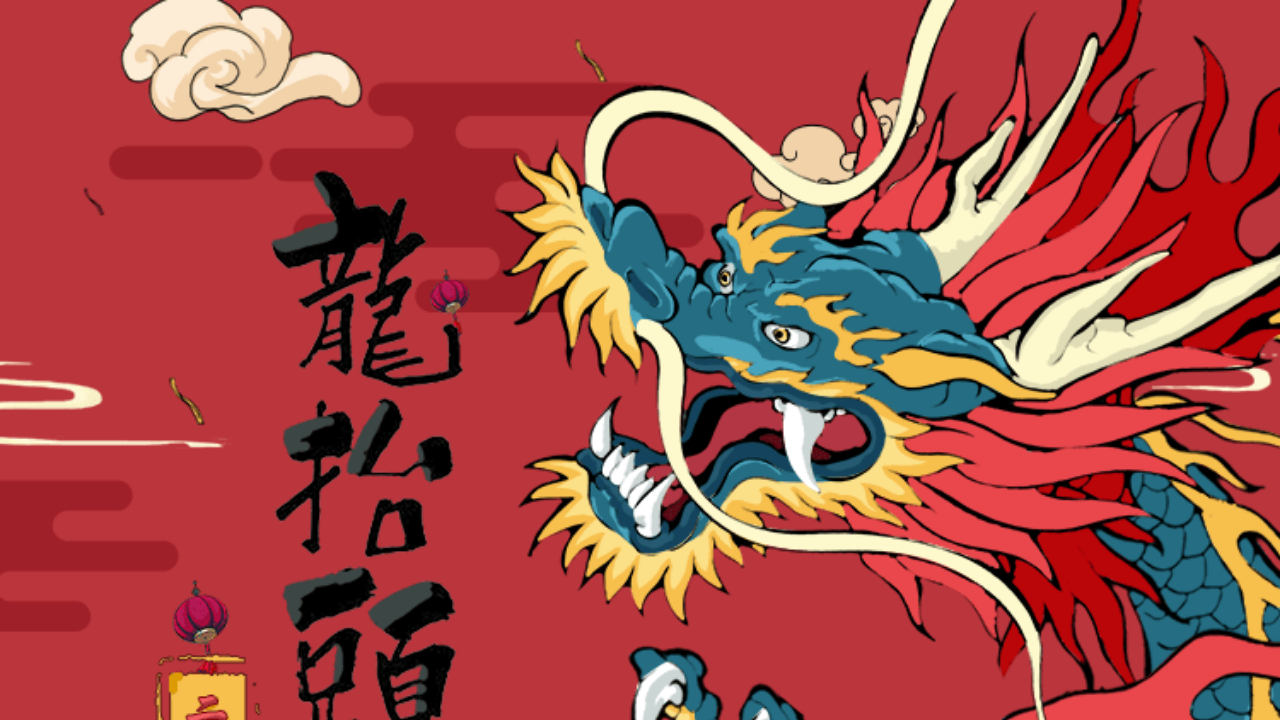
Repository: wangbiaozy/long
Page: friend.html
An editor plug-in stored every save of this project. The page is shown before and after the next save, followed by the edit.
The browser window is 1280 px wide. The pictures show the whole page.

Above is the page before, as saved 2019-02-26 11:07:42.
Console error: TypeError: Cannot read properties of undefined (reading 'style')

### friend.html
<!DOCTYPE html>
<html lang="en">

<head>
    <meta charset="UTF-8">
    <meta name="viewport" content="width=device-width, initial-scale=1.0, maximum-scale=1.0, minimum-scale=1.0, user-scalable=no, viewport-fit=cover">
    <meta http-equiv="X-UA-Compatible" content="ie=edge">
    <title>北京移动</title>
    <link rel="stylesheet" href="css/reset.min.css">
    <link rel="stylesheet/less" href="css/styles.less">
    <script src="js/less-1.7.0.min.js"></script>
    <script src="js/jquery-1.10.1.min.js"></script>
    <script src="js/imgLoader.js"></script>
    <script>
        imgLoader([
            'images/banner.png',
            'images/bdsjh.png',
            'images/bg_01.png',
            'images/bg_02.png',
            'images/btn_cj.png',
            'images/btn_cjhd.png',
            'images/btn_dhff.png',
            'images/btn_dl.png',
            'images/btn_fshy.png',
            'images/btn_lj.png',
            'images/btn_qd.png',
            'images/btn_qdl.png',
            'images/btn_qr.png',
            'images/btn_qx.png',
            'images/btn_xg.png',
            'images/btn_zz.png',
            'images/c1.png',
            'images/c2.png',
            'images/c3.png',
            'images/c4.png',
            'images/c5.png',
            'images/card_1.png',
            'images/card_2.png',
            'images/card_3.png',
            'images/card_4.png',
            'images/card_5.png',
            'images/card.png',
            'images/close.png',
            'images/default.jpg',
            'images/erweima.png',
            'images/fire.gif',
            'images/fri_bg_01.png',
            'images/fri_bg_02.png',
            'images/fri_bg_03.png',
            'images/gongxi.png',
            'images/guang1.png',
            'images/guang2.png',
            'images/hdgz.png',
            'images/home_bg_01.png',
            'images/home_bg_02.png',
            'images/home_bg_03.png',
            'images/hyzl.png',
            'images/longjiao.png',
            'images/longshen.png',
            'images/longtou.png',
            'images/longwei.png',
            'images/longzhu.png',
            'images/longzhua.png',
            'images/rule_btn.png',
            'images/share.png',
            'images/sjhm.png',
            'images/start_btn.png',
            'images/submit.png',
            'images/tc_1_text.png',
            'images/tc_bg.png',
            'images/tc_card.png',
            'images/tc_title_1.png',
            'images/tc_title_2.png',
            'images/tc_title_3.png',
            'images/xxqr.png',
            'images/yun_1.png',
            'images/yun_2.png',
            'images/yun_3.png',
            'images/yun.png',
            'images/yzm.png'
        ], function (percentage) {
            var percentT = percentage * 100;
            $('.loader_info').html('Loading ' + (parseInt(percentT)) + '%');
            $('.loader_progress')[0].style.width = percentT + '%';
            if (percentage == 1) {
                $('.loader').remove();
                $('.fri-home').show();
            }
        });
    </script>
</head>
<body>
    <!--loading-->
    <section class="loader disable">
        <div>
            <!-- <img src="./images/girl.gif" alt=""> -->
        </div>
        <div class="loader_info"></div>
        <div>
            <div class="loader_progress"></div>
        </div>
    </section>
    <!-- 首页 -->
    <section class="fri-home disable">
        <div></div>
        <div>
            <div>
                <div>
                    <p>您的好友<span class="user-name">名字名字名字名字名字名字</span></p>
                    <p>正在参加龙抬头 好运来活动</p>
                    <p>邀请您帮TA点亮好运龙</p>
                    <p>当龙全部点亮后，可以抽取5.5GB哦～</p>
                    <p>快来帮忙吧！</p>
                </div>
            </div>
        </div>
        <div>
            <a id="friendStartBtn" href="javascript:void(0)"></a>
        </div>
    </section>
    <!-- 好友页点亮弹窗 -->
    <section class="model tc-fri disable">
        <div>
            <div>
                <p>成功为好友<span class="user-name">名字名字名字名字名字名字</span></p>
                <p>点亮了好运龙的<span class="friendPartText"></span></p>
                <p>听说身边小伙伴都在玩</p>
                <p>首次点亮就能获得好运福包</p>
                <p>快去看看吧！</p>
                <div>
                    <div>
                        <img class="friendPartPic" src="./images/card_2.png" alt="">
                    </div>
                </div>
            </div>
        </div>
        <a href="./index.html"></a>
    </section>
    <!-- 关注公众号页 -->
    <section class="attention">
        <div></div>
        <div></div>
        <div>
            <div>
                <p>亲爱的用户</p>
                <p>二月二龙抬头活动</p>
                <p>联通、电信的小伙伴统统可以参加啦！</p>
                <p>扫码关注微信参加活动</p>
            </div>
            <div>
                <div>
                    <img src="./images/erweima.png" alt="二维码">
                </div>
            </div>
            <p>长按图片<i></i>识别图中二维码<i></i>关注公众号</p>
        </div>
    </section>
    <!-- 遮罩层 -->
    <section class="mask disable" id="mask"></section>
</body>
</html>
<script src="js/index.js"></script>

### css/reset.min.css
@charset "utf-8";
/*默认样式清除和初始化*/
body,h1,h2,h3,h4,h5,h6,hr,p,blockquote,dl,dt,dd,ul,ol,li,button,input,textarea,th,td{margin:0;padding:0}body{font-size:12px;font-style:normal;font-family:"\5FAE\8F6F\96C5\9ED1",Helvetica,sans-serif}small{font-size:12px}h1{font-size:18px}h2{font-size:16px}h3{font-size:14px}h4,h5,h6{font-size:100%}ul,ol{list-style:none}a{text-decoration:none;background-color:transparent}a:hover,a:active{outline-width:0;text-decoration:none}table{border-collapse:collapse;border-spacing:0}hr{border:0;height:1px}img{border-style:none}img:not([src]){display:none}svg:not(:root){overflow:hidden}html{-webkit-touch-callout:none;-webkit-text-size-adjust:100%}input,textarea,button,a{-webkit-tap-highlight-color:rgba(0,0,0,0)}article,aside,details,figcaption,figure,footer,header,main,menu,nav,section,summary{display:block}audio,canvas,progress,video{display:inline-block}audio:not([controls]),video:not([controls]){display:none;height:0}progress{vertical-align:baseline}mark{background-color:#ff0;color:#000}sub,sup{position:relative;font-size:75%;line-height:0;vertical-align:baseline}sub{bottom:-0.25em}sup{top:-0.5em}button,input,select,textarea{font-size:100%;outline:0}button,input{overflow:visible}button,select{text-transform:none}textarea{overflow:auto}button,html [type="button"],[type="reset"],[type="submit"]{-webkit-appearance:button}button::-moz-focus-inner,[type="button"]::-moz-focus-inner,[type="reset"]::-moz-focus-inner,[type="submit"]::-moz-focus-inner{border-style:none;padding:0}button:-moz-focusring,[type="button"]:-moz-focusring,[type="reset"]:-moz-focusring,[type="submit"]:-moz-focusring{outline:1px dotted ButtonText}[type="checkbox"],[type="radio"]{box-sizing:border-box;padding:0}[type="number"]::-webkit-inner-spin-button,[type="number"]::-webkit-outer-spin-button{height:auto}[type="search"]{-webkit-appearance:textfield;outline-offset:-2px}[type="search"]::-webkit-search-cancel-button,[type="search"]::-webkit-search-decoration{-webkit-appearance:none}::-webkit-input-placeholder{color:inherit;opacity:.54}::-webkit-file-upload-button{-webkit-appearance:button;font:inherit}.clear:after{display:block;height:0;content:"";clear:both}
*{ -webkit-tap-highlight-color: rgba(0,0,0,0);-webkit-tap-highlight-color: transparent; /* For some Androids */ }

### js/imgLoader.js
/**
 * Created by wangbiaozy on 2017/12/11.
 */
(function () {
    function isArray(obj) {
        return Object.prototype.toString.call(obj) === '[object Array]';
    }

    /**
     * @param imgList 要加载的图片地址列表，['aa/asd.png','aa/xxx.png']
     * @param callback 每成功加载一个图片之后的回调，并传入“已加载的图片总数/要加载的图片总数”表示进度
     * @param timeout 每个图片加载的超时时间，默认为5s
     */
    var loader = function (imgList, callback, timeout) {
        timeout = timeout || 5000;
        imgList = isArray(imgList) && imgList || [];
        callback = typeof(callback) === 'function' && callback;

        var total = imgList.length,
            loaded = 0,
            imgages = [],
            _on = function () {
                loaded < total && (++loaded, callback && callback(loaded / total));
            };

        if (!total) {
            return callback && callback(1);
        }

        for (var i = 0; i < total; i++) {
            imgages[i] = new Image();
            imgages[i].onload = imgages[i].onerror = _on;
            imgages[i].src = imgList[i];
        }

        /**
         * 如果timeout * total时间范围内，仍有图片未加载出来（判断条件是loaded < total），通知外部环境所有图片均已加载
         * 目的是避免用户等待时间过长
         */
        setTimeout(function () {
            loaded < total && (loaded = total, callback && callback(loaded / total));
        }, timeout * total);

    };

    "function" === typeof define && define.cmd ? define(function () {
        return loader
    }) : window.imgLoader = loader;
})();

### js/index.js
(function (doc, win) {
    var docEl = doc.documentElement,
        resizeEvt = 'orientationchange' in window ? 'orientationchange' : 'resize',
        recalc = function () {
            var clientWidth = docEl.clientWidth;
            if (!clientWidth) return;
            docEl.style.fontSize = 100 * (clientWidth / 750) + 'px';
        };
    if (!doc.addEventListener) return;
    win.addEventListener(resizeEvt, recalc, false);
    doc.addEventListener('DOMContentLoaded', recalc, false);
})(document, window);
$(function(){
    //是否关注公众号
    var attention = true;
    //是否是注册用户
    var register = true;
    //是否是本网用户 默认本网用户
    var CM = true;
    //好运龙5个部位是否全部点亮
    var finish = false;
    //好友随机获取的部位
    var friendPart = parseInt(Math.random(0,1)*(5-0)) + 0;
    //图片路径
    var imgPath = '../images';

    //点击活动规则按钮
    var ruleFlag;
    $('.rule-btn').on('click',function(){
        $('.rule').show().siblings().hide();
        if($(this).parent().parent().attr('id') === 'home'){
            ruleFlag = 0;
        }else{
            ruleFlag = 1;
        }
    });
    //活动规则页确定按钮
    $('#rule-back').on('click',function(){
        $('.rule').hide();
        if(!ruleFlag){
            $('.home').show();
        }else{
            $('.main').show();
        }
    });

    //首页开始按钮
    $('#start').on('click',function(){
        if(attention){
            showMask();
            $('.tc-11').show();
        }else{
            $('.home').hide();
            $('.attention').show();
        }
    });
    //引导弹窗清楚了按钮
    $('#knowBtn').on('click',function(){
        $('.home').hide();
        $('.main').show();
        $('.tc-11').hide();
        $('.tc-1').show();
    });

    //选择部位
    var partNum, // 0 头 1 角 2 身 3 爪 4 尾
        partChecked = false;
    $('#partList').on('click','li',function(){
        var $this = $(this);
        $this.addClass('act').siblings().removeClass('act');
        partNum = $this.index();
        partChecked = true;
    });
    //选择部位弹窗确定按钮
    $('#firstModelBtn').on('click', function () {
        if (partChecked) {
            $('.tc-1').hide();
            if (register) {
                var _part = '';
                switch (partNum) {
                    case 0:
                        $('.part').text('龙头');
                        _part = '龙头';
                        $('#dragon').children('li:nth-child(1)').addClass('act');
                        break;
                    case 1:
                        $('.part').text('龙角');
                        _part = '龙角';
                        $('#dragon').children('li:nth-child(2)').addClass('act');
                        break;
                    case 2:
                        $('.part').text('龙身');
                        _part = '龙身';
                        $('#dragon').children('li:nth-child(3)').addClass('act');
                        break;
                    case 3:
                        $('.part').text('龙爪');
                        _part = '龙爪';
                        $('#dragon').children('li:nth-child(4)').addClass('act');
                        break;
                    case 4:
                        $('.part').text('龙尾');
                        _part = '龙尾';
                        $('#dragon').children('li:nth-child(5)').addClass('act');
                        break;
                }
                $('#ownPartBox>a').before('<p>我点亮了'+_part+'</p>');
                if(CM){//同网
                    $('.tc-3').show();
                }else{//异网
                    $('.tc-10').show();
                }
            } else {
                hideMask();
                $('.main').hide();
                $('.telephone').show();
            }
        }else{
            alert('请先选择一个部位点亮/n再点击领奖！');
        }
    });


    //点亮记录列表
    var friendUserInfo = [
        {
            friendName: '小胖子',
            friendPart: '龙头',
            date: '2月2日'
        },
        {
            friendName: '小胖子',
            friendPart: '龙头',
            date: '2月2日'
        },
        {
            friendName: '小胖子',
            friendPart: '龙头',
            date: '2月2日'
        }
    ];
    (function(){
        var str = '';
        for(var i = 0; i < friendUserInfo.length; i++){
            str += '<li><span>'+friendUserInfo[i].friendName+'</span><span>'+friendUserInfo[i].friendPart+'</span><span>'+friendUserInfo[i].date+'</span></li>';
        }
        $('#friendGiftList').html(str);
    })();



    //绑定手机号页提交按钮
    $('.submit').on('click',function(){
        $('.telephone').hide();
        $('.main').show();
        showMask();
        if(CM){//同网
            $('.tc-3').show();
        }else{//异网
            $('.tc-10').show();
        }
    });

    //第一次获得奖励弹窗关闭&确定按钮  点亮一个部位
    $('.firstLight').on('click',function(){
        $('.tc-3').hide();
        hideMask();
    });

    //主页点击抽奖按钮
    $('#game-btn').on('click',function(){
        if(finish){
            $('.tc-0').show();
            showMask();
            window.setTimeout(function(){
                $('.fire').show();
            },1000);
        }else{
            $('.tc-4').show();
            showMask();
        }
    });

    //点击主页查看按钮显示第一次得到奖励弹窗
    $('#look').on('click',function(){
        $('.tc-3').show();
        showMask();
    });

    //发送好友按钮
    $('.toFriendBtn').on('click',function(){
        $('.tc-4').hide();
        hideMask();
        $('.share').show();
        $('.main').css('position','fixed');
    });
    //点击分享浮层
    $('.share').on('click',function(){
        $('.share').hide();
        $('.main').css('position','relative');
    });

    //全部点亮弹窗领奖按钮
    $('#getBtn').on('click',function(){
        $('.tc-0').hide();
        $('.fire').hide();
        if(CM){
            $('.tc-5').show();
        }else{
            $('.tc-6').show();
        }
    });

    //异网弹窗获得流量后转赠按钮
    $('#giveBtn').on('click',function(){
        $('.tc-6').hide();
        $('.tc-7').show();
    });

    //异网弹窗输入转赠手机号后确定按钮
    $('#giveBtn_2').on('click',function(){
        if(istel($('#inputTel').val())){
            $('.tc-7').hide();
            $('.tc-8').show();
            $('.inputTel').text($('#inputTel').val());
        }else{
            alert('请输入正确北京移动手机号码');
        }
    });

    //异网弹窗信息确认修改按钮
    $('#revise').on('click',function(){
        $('.tc-8').hide();
        $('.tc-7').show();
    });
    //异网弹窗信息确认确认按钮
    $('#giveBtn_3').on('click',function(){
        $('.tc-8').hide();
        $('.tc-9').show();
    });





    //好友入口为TA点亮按钮
    $('#friendStartBtn').on('click',function(){
        if(attention){
            switch(friendPart){
                case 0:
                $('.friendPartText').text('龙头');
                break;
                case 1:
                $('.friendPartText').text('龙角');
                break;
                case 2:
                $('.friendPartText').text('龙身');
                break;
                case 3:
                $('.friendPartText').text('龙爪');
                break;
                case 4:
                $('.friendPartText').text('龙尾');
                break;
            }
            $('.friendPartPic').attr('src',imgPath + '/card_' + Number(friendPart+1) + '.png');
            $('.tc-fri').show();
            showMask();
        }else{
            $('.fri-home').hide();
            $('.attention').show();
        }
    });






    //复制兑换码
    (function () {
        try {
            var clipboard = new ClipboardJS('#copy-btn');
            clipboard.on('success', function (e) {
                $('#copy-btn').addClass('act').text('已复制');
                e.clearSelection();
            });
        }catch(e){}
    })();

    //兑换码弹窗点击查看兑换方法按钮
    $('#lookWayBtn').on('click',function(){
        $('.tc-10').hide();
        $('.main').hide();
        hideMask();
        $('.way').show();
    });
    //点击查看兑换码方法页确定按钮
    $('#way-back').on('click',function(){
        $('.way').hide();
        $('.tc-10').show();
        $('.main').show();
        showMask();
    });


    //全部点亮弹窗光动画
    function move(){
        $('#guang').addClass('act')
        var timer = window.setTimeout(function(){
            $('#guang').removeClass('act');
            window.clearTimeout(timer);
        },500);
    }
    window.setInterval(function(){
        move();
    },1000);


    //移动手机号码验证
    function istel(tel) {
        var rtn = false;
        //移动号段验证
        var regtel = /^((13[4-9])|(15([0-2]|[7-9]))|(18[2|3|4|7|8])|(178)|(147))[\d]{8}$/;
        if (regtel.test(tel)) {
            rtn = true;
        }
        return rtn;
    }

    //获取验证码
    function getCodeStyle(btnId) {
        var orderTime = 60,
            timeLeft = orderTime,
            btn = btnId;
        function timeCount(){
            timeLeft-=1;
            if (timeLeft>0){
                btn.val(timeLeft+"s重新获取");
                setTimeout(timeCount,1000);
                btn.css({
                    color: '#ccc'
                });
            }
            else {
                btn.val("发送验证码");
                btn.css({
                    color: '#000000'
                });
                timeLeft = orderTime;
                btn.removeAttr("disabled");
            }
        }
        btn.on('click', function () {
            $(this).attr("disabled",true);
            timeCount();
        });
    }
    getCodeStyle($('#codeBtn'));




    //关闭弹窗
    $('.close').on('click',function(){
        $(this).parent().hide();
        hideMask();
        if($('.tc-0').css('display') === 'none'){
            $('.fire').hide();
        }
    });
    //显示遮罩层
    function showMask(){
        $("#mask").css("height",$(document).height());
        $("#mask").css("width",$(document).width());
        $("#mask").show();
        $('body').css('position','fixed');
    }
    //隐藏遮罩层
    function hideMask(){
        $("#mask").hide();
        $('body').css('position','unset');
    }




    //测试按钮
    $('.test2').on('click',function(){
        attention = false;
    });
    $('.test3').on('click',function(){
        register = false;
    });
    $('.test4').on('click',function(){
        CM = false;
    });
    $('.test5').on('click',function(){
        finish = true;
        $('#dragon').find('li:not(:last-child)').each(function(index,ele){
            $(ele).addClass('act');
        });
    });



});

Loaded but not shown: js/less-1.7.0.min.js (library); js/jquery-1.10.1.min.js (library)

After the next save:
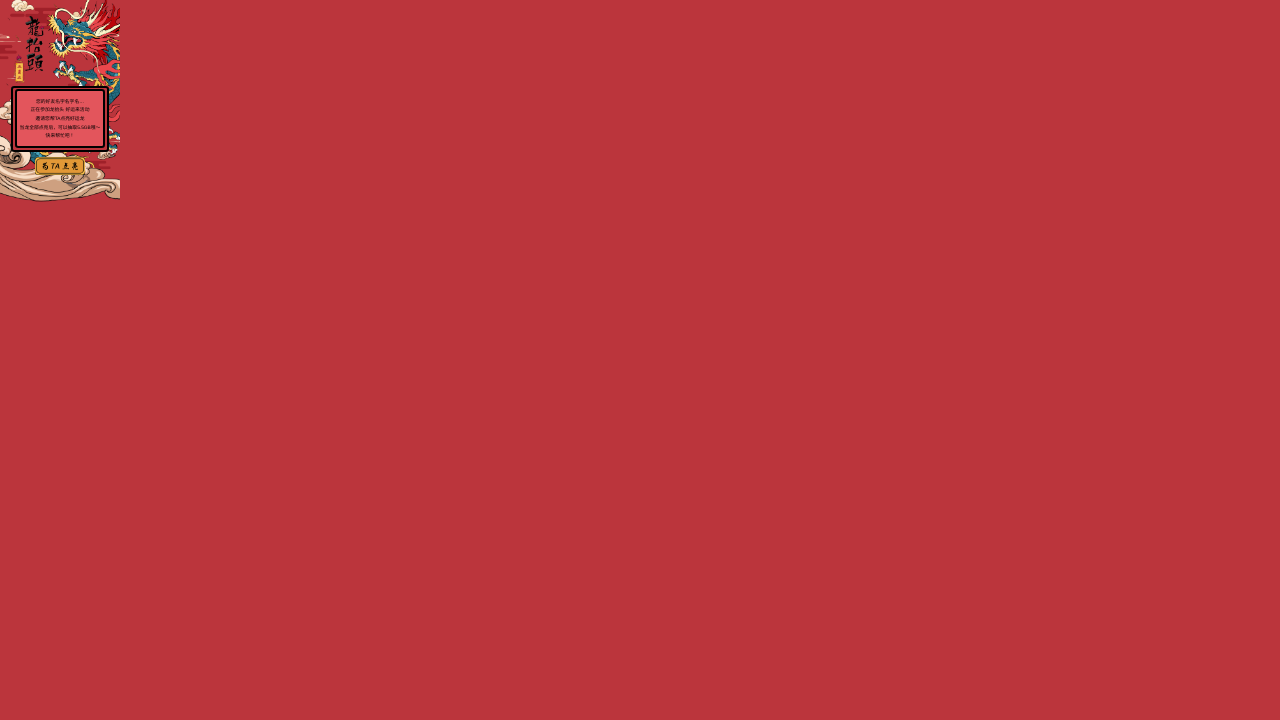
Saved 15 s later.
--- a/js/index.js
+++ b/js/index.js
@@ -116,7 +116,7 @@
                 $('.telephone').show();
             }
         }else{
-            alert('请先选择一个部位点亮/n再点击领奖！');
+            alert('请先选择一个部位点亮'+/n+'再点击领奖！');
         }
     });
 

After the save that followed:
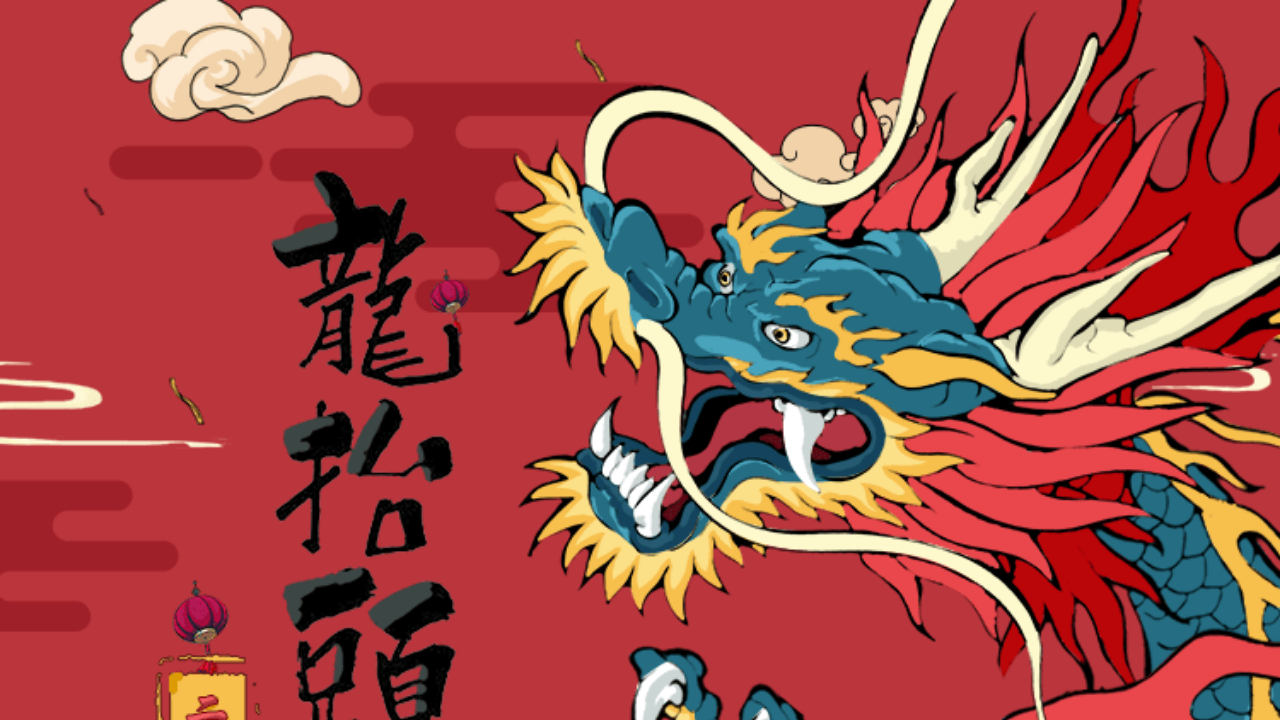
Saved 12 s later.
--- a/js/index.js
+++ b/js/index.js
@@ -116,7 +116,7 @@
                 $('.telephone').show();
             }
         }else{
-            alert('请先选择一个部位点亮'+/n+'再点击领奖！');
+            alert('请先选择一个部位点亮'+'/n'+'再点击领奖！');
         }
     });
 
